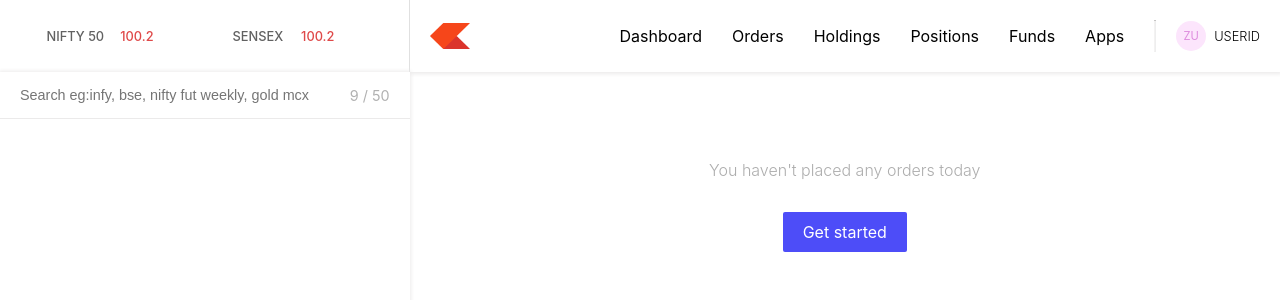
Repository: rushikesh-kolpe21/zerodha_4
Page: /orders (app in dashboard/)
An editor plug-in stored every save of this project. The page is shown before and after the next save, followed by the edit.
The browser window is 1280 px wide. The pictures show the whole page.
An inner scrolling area shows only its first screen. The project was rebuilt for these pictures with package versions that can differ from the ones it lists, and the page was loaded fresh each time. Also part of the build but not shown: dashboard/vite.config.js, dashboard/src/components/Apps.jsx, dashboard/src/components/Funds.jsx, dashboard/src/components/Holdings.jsx, dashboard/src/components/Positions.jsx, dashboard/src/components/Summary.jsx.

Above is the page before, as saved 2025-03-24 23:03:45.

### dashboard/src/App.jsx

import React from "react";
// import ReactDOM from "react-dom/client";
import { BrowserRouter, Route, Routes } from "react-router-dom";
// import "./index.css";
import Home from "./components/Home";

function App() {
  return (
    <>
      <BrowserRouter>
        <Routes>
          <Route path="/*" element={<Home />} />
        </Routes>
      </BrowserRouter>
    </>
  );
}

export default App;

### dashboard/src/components/Home.jsx
import React from 'react'
import TopBar from './TopBar'
import Dashboard from './Dashboard'

function Home() {
  return (
  <>
  <TopBar/>
  <Dashboard/>
  </>
  )
}

export default Home

### dashboard/src/components/Dashboard.jsx
import React from "react";
import { Route, Routes } from "react-router-dom";

import Apps from "./Apps";
import Funds from "./Funds";
import Holdings from "./Holdings";

import Orders from "./Orders";
import Positions from "./Positions";
import Summary from "./Summary";
import WatchList from "./WatchList";
// import { GeneralContextProvider } from "./GeneralContext";

const Dashboard = () => {
  return (
    <div className="dashboard-container">


        <WatchList />

      <div className="content">
        <Routes>
          <Route exact path="/" element={<Summary />} />
          <Route path="/orders" element={<Orders />} />
          <Route path="/holdings" element={<Holdings />} />
          <Route path="/positions" element={<Positions />} />
          <Route path="/funds" element={<Funds />} />
          <Route path="/apps" element={<Apps />} />
        </Routes>
      </div>
    </div>
  );
};

export default Dashboard;

### dashboard/src/components/Menu.jsx
import React from "react";

const Menu = () => {

    let handleProfileClick=()=>{
        console.log("object")
    }
  return (
    <div className="menu-container">
      <img src="logo.png" style={{ width: "40px" }} />
      <div className="menus">
        <ul>
          <li>
            <p>Dashboard</p>
          </li>
          <li>
            <p>Orders</p>
          </li>
          <li>
            <p>Holdings</p>
          </li>
          <li>
            <p>Positions</p>
          </li>
          <li>
            <p>Funds</p>
          </li>
          <li>
            <p>Apps</p>
          </li>
        </ul>
        <hr />
        <div className="profile" onClick={handleProfileClick}>
          <div className="avatar">ZU</div>
          <p className="username">USERID</p>
        </div>
      </div>
    </div>
  );
};

export default Menu;

### dashboard/src/components/WatchList.jsx
import React from "react";

const WatchList = () => {
  return (
    <div className="watchlist-container">
      <div className="search-container">
        <input
          type="text"
          name="search"
          id="search"
          placeholder="Search eg:infy, bse, nifty fut weekly, gold mcx"
          className="search"
        />
        <span className="counts"> 9 / 50</span>
      </div>

      <ul className="list"></ul>
    </div>
  );
};

export default WatchList;

Loaded but not shown: dashboard/index.html (common file); dashboard/src/main.jsx (common file); dashboard/src/index.css (common file); dashboard/src/components/TopBar.jsx (common file); dashboard/src/components/Orders.jsx (common file)

After the next save:
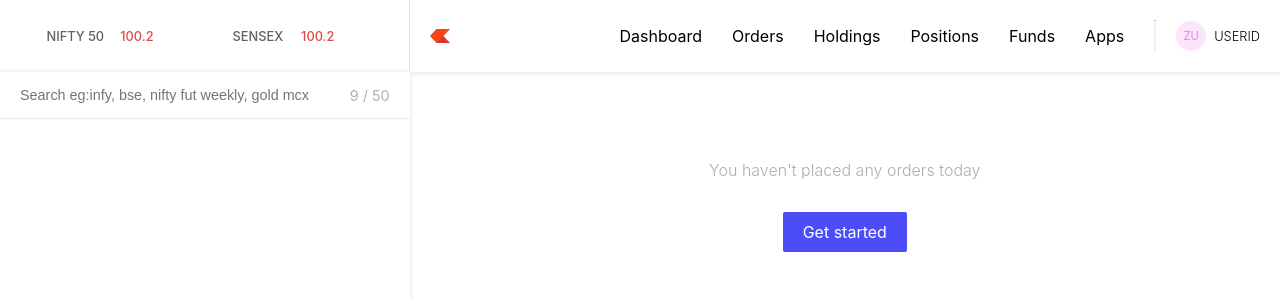
Saved 14 s later.
--- a/dashboard/src/components/Menu.jsx
+++ b/dashboard/src/components/Menu.jsx
@@ -7,7 +7,7 @@
     }
   return (
     <div className="menu-container">
-      <img src="logo.png" style={{ width: "40px" }} />
+      <img src="logo.png" style={{ width: "20px" }} />
       <div className="menus">
         <ul>
           <li>
